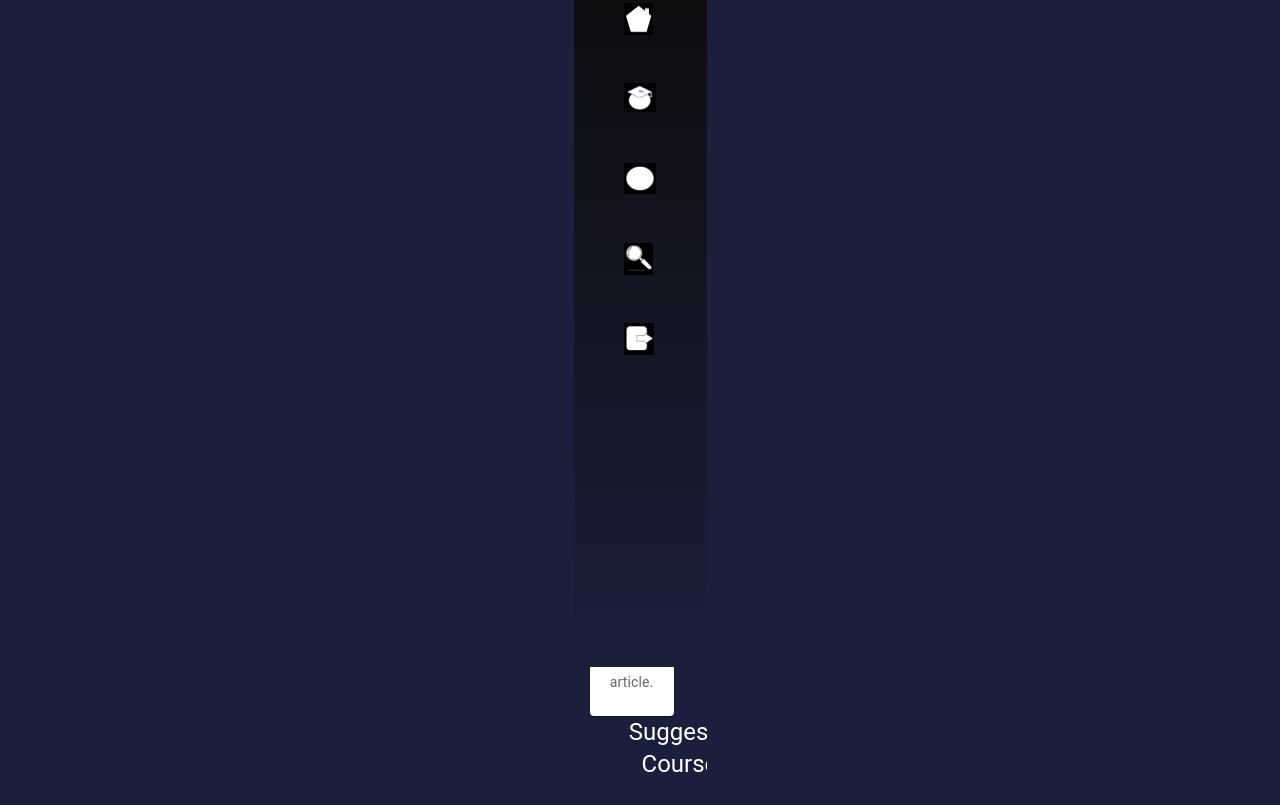
Repository: jvt2/OnlineCourseApp
Page: /dashboard
These files come from the project's save history. The page is drawn as it stood at one moment and after the next save; the edit follows.
The browser window is 1280 px wide. The pictures show the whole page.
Pictures or frames that could not be fetched are drawn as grey boxes. The page's requests for data from a server got no answer. The project was rebuilt for these pictures with package versions that can differ from the ones it lists, and the page was loaded fresh each time. No one was signed in, and anything a server would have sent is missing. Also part of the build but not shown: src/features/auth/Register.js, src/features/auth/Login.js, src/features/courses/ResumeUpload.js, src/features/courses/CourseRecommendations.js, src/components/common/MyModal.js, src/features/courses/CourseCatalog.js, src/features/courses/CourseDetail.js, src/components/common/Navbar.js and 3 more. Imported but missing from the stored project, and not drawn on this page: src/app/reportWebVitals.

Above is the page before, as saved 2024-07-18 19:18:45.

After the next save:
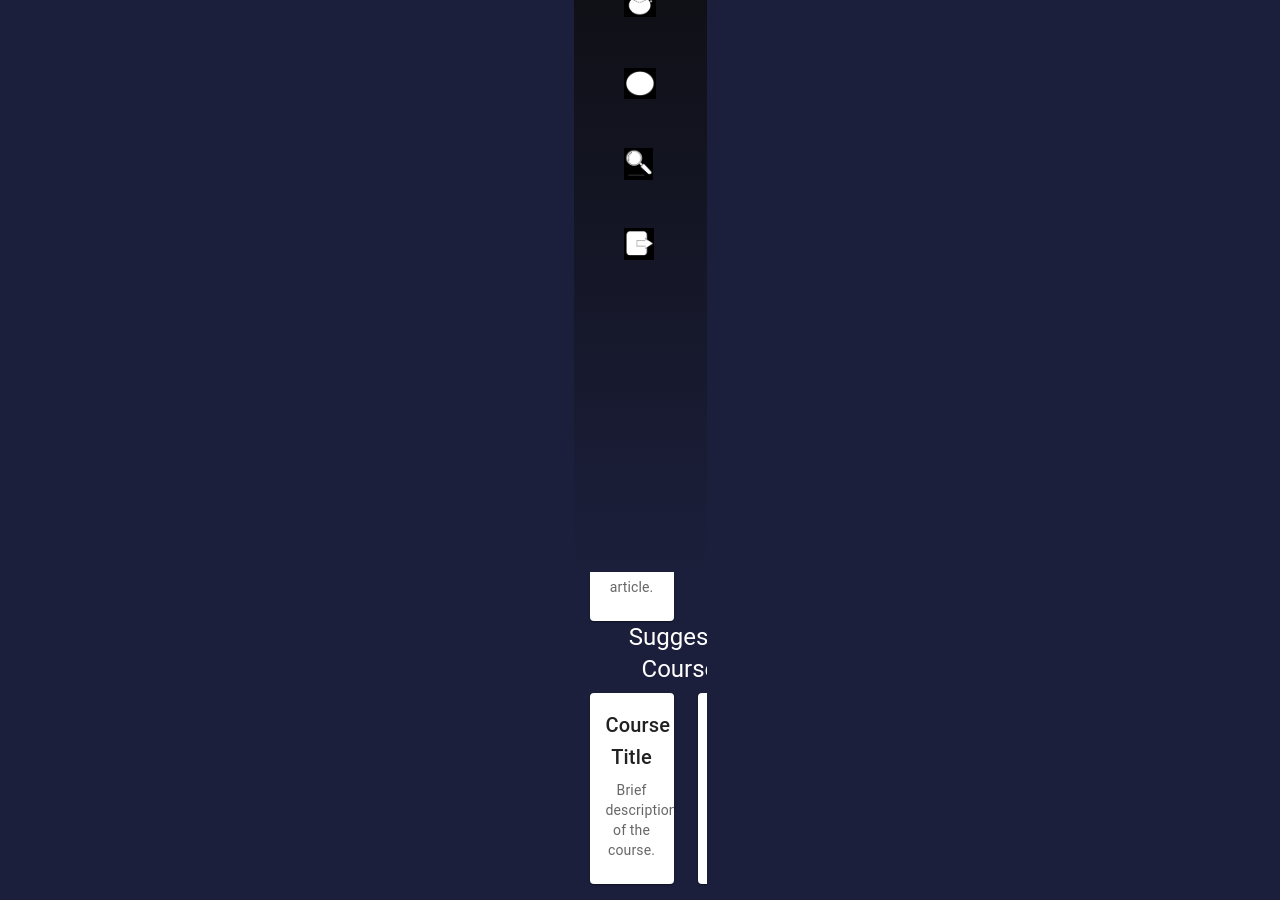
Saved 9 s later.
--- a/src/features/dashboard/BottomSection.js
+++ b/src/features/dashboard/BottomSection.js
@@ -1,7 +1,6 @@
 // src/features/dashboard/BottomSection.js
 import React from 'react';
-import { Box, Typography, Grid } from '@mui/material';
-
+import { Box, Typography, Grid, Card, CardContent } from '@mui/material';
 
 function BottomSection() {
   return (
@@ -9,10 +8,28 @@ function BottomSection() {
       <Typography variant="h5" gutterBottom>Suggested Courses</Typography>
       <Grid container spacing={3}>
         <Grid item xs={12} md={6}>
-
+          <Card>
+            <CardContent>
+              <Typography gutterBottom variant="h6" component="div">
+                Course Title
+              </Typography>
+              <Typography variant="body2" color="text.secondary">
+                Brief description of the course.
+              </Typography>
+            </CardContent>
+          </Card>
         </Grid>
         <Grid item xs={12} md={6}>
-
+          <Card>
+            <CardContent>
+              <Typography gutterBottom variant="h6" component="div">
+                Course Title
+              </Typography>
+              <Typography variant="body2" color="text.secondary">
+                Brief description of the course.
+              </Typography>
+            </CardContent>
+          </Card>
         </Grid>
       </Grid>
     </Box>
